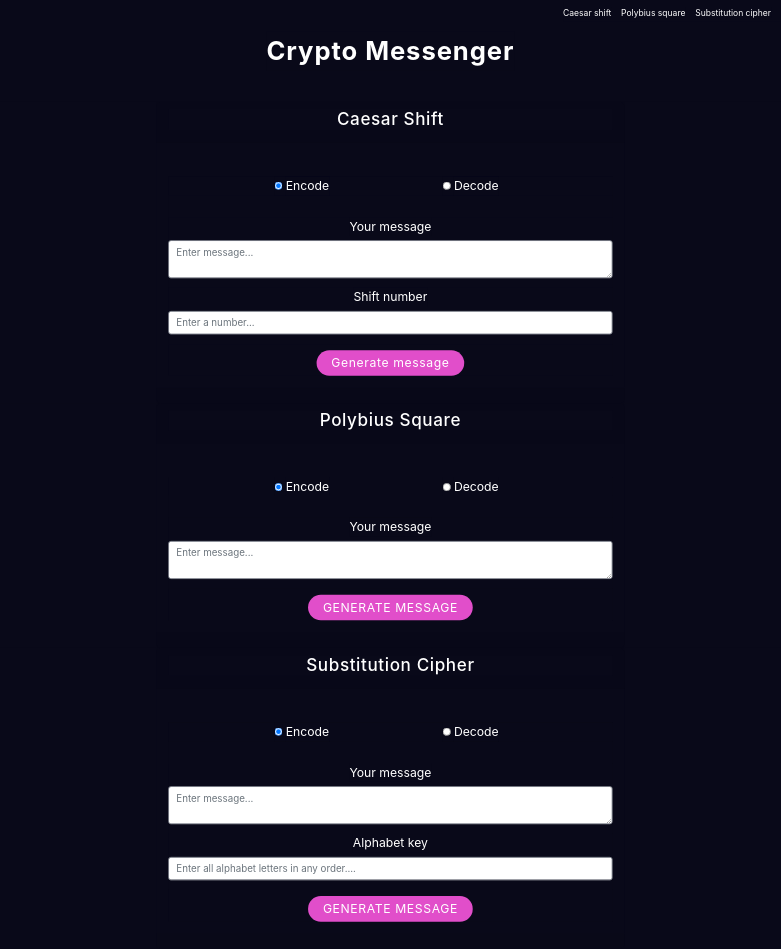
Repository: Rthompson2548/Project-Decoder-Ring
Page: index.html
An editor plug-in stored every save of this project. The page is shown before and after the next save, followed by the edit.
The browser window is 1280 px wide. The pictures show the whole page, at 61% of full size.

Above is the page before, as saved 2022-04-09 20:27:28.

After the next save:
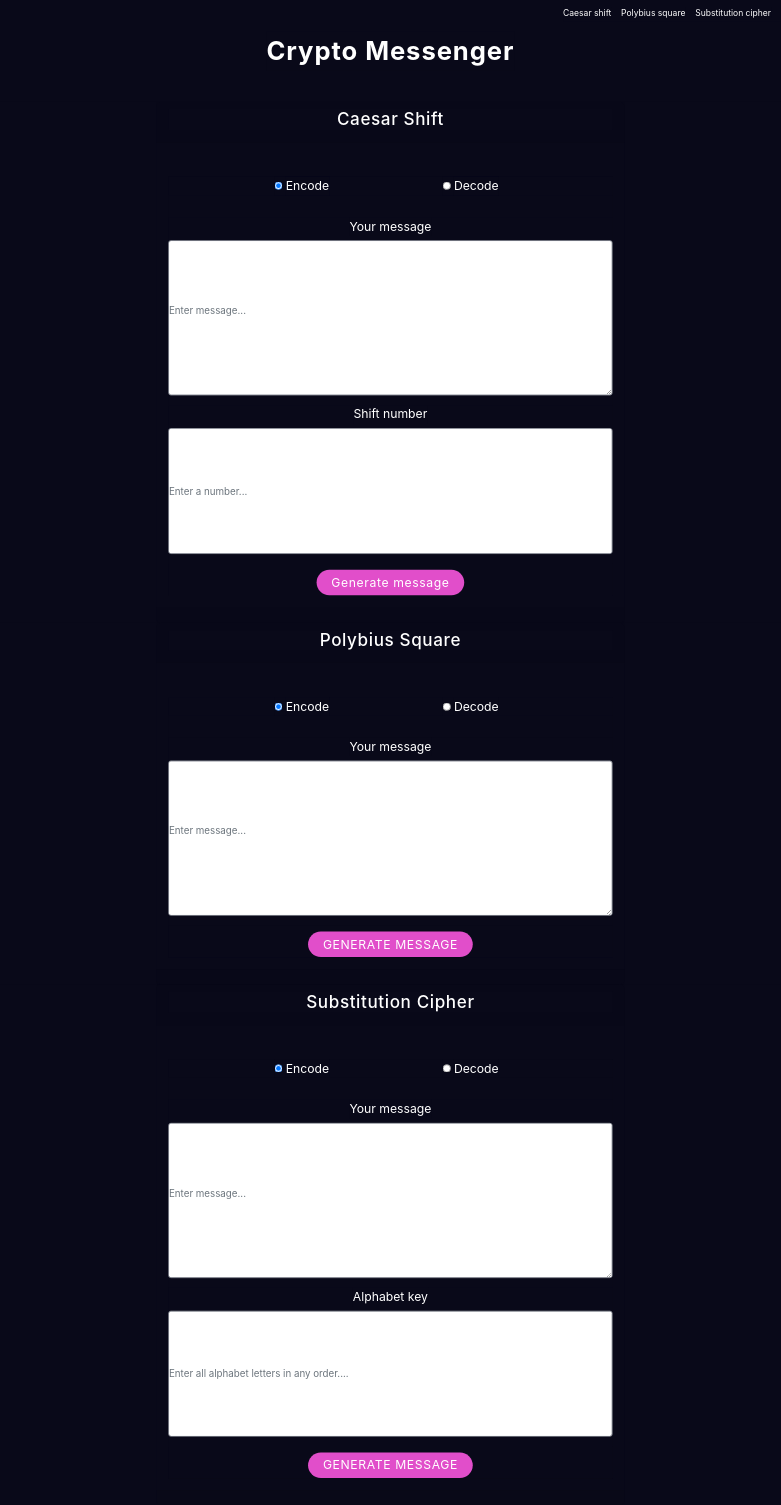
Saved 7 s later.
--- a/index.css
+++ b/index.css
@@ -14,7 +14,7 @@ html, body, #page {
 input, textarea {
   font-size: 16px !important;
   border-radius: 15px;
-  padding: 102px 0;
+  padding: 102px 0 !important;
 }
 
 .page-content {
